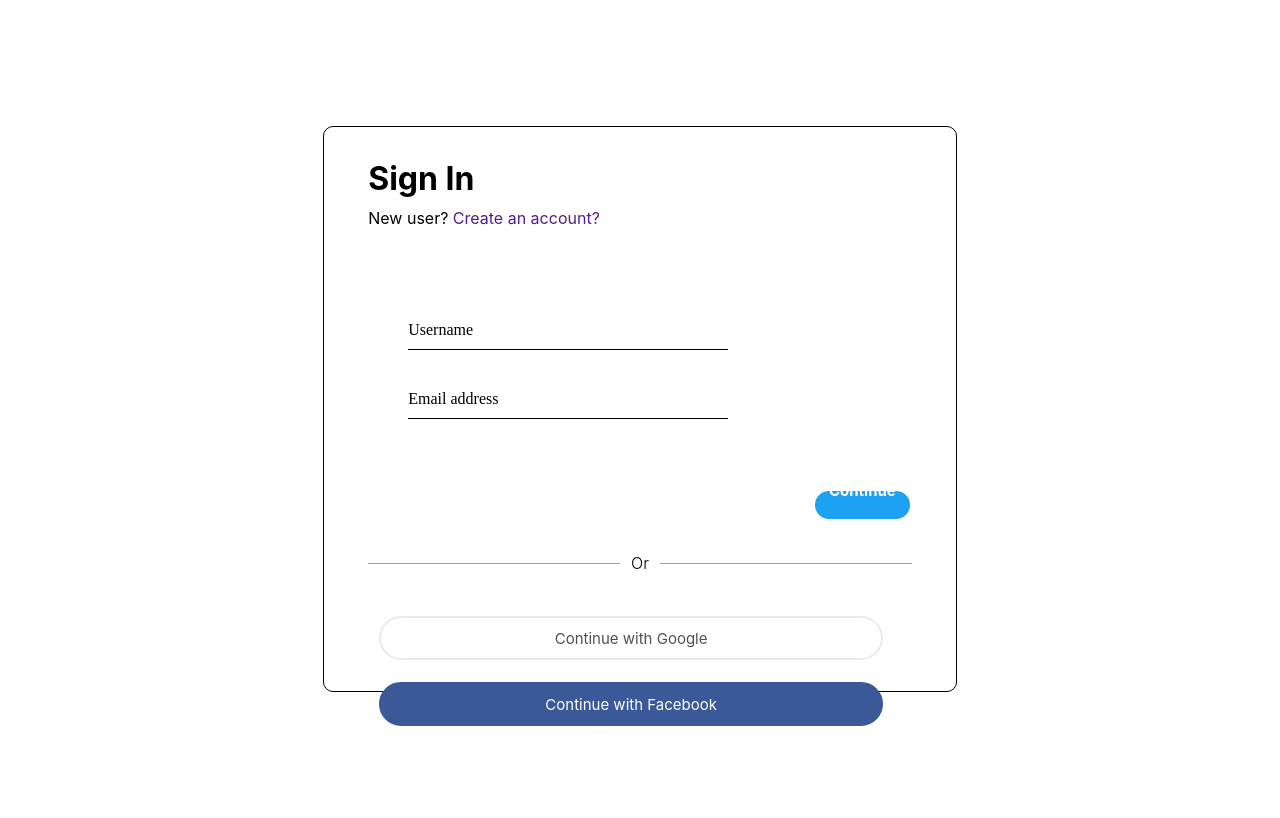
Repository: thangluu93/WereWolf
Page: Template/signIn.html
These files come from the project's save history. The page is drawn as it stood at one moment and after the next save; the edit follows.
The browser window is 1280 px wide. The pictures show the whole page.

Above is the page before, as saved 2020-01-13 16:09:55.

After the next save:
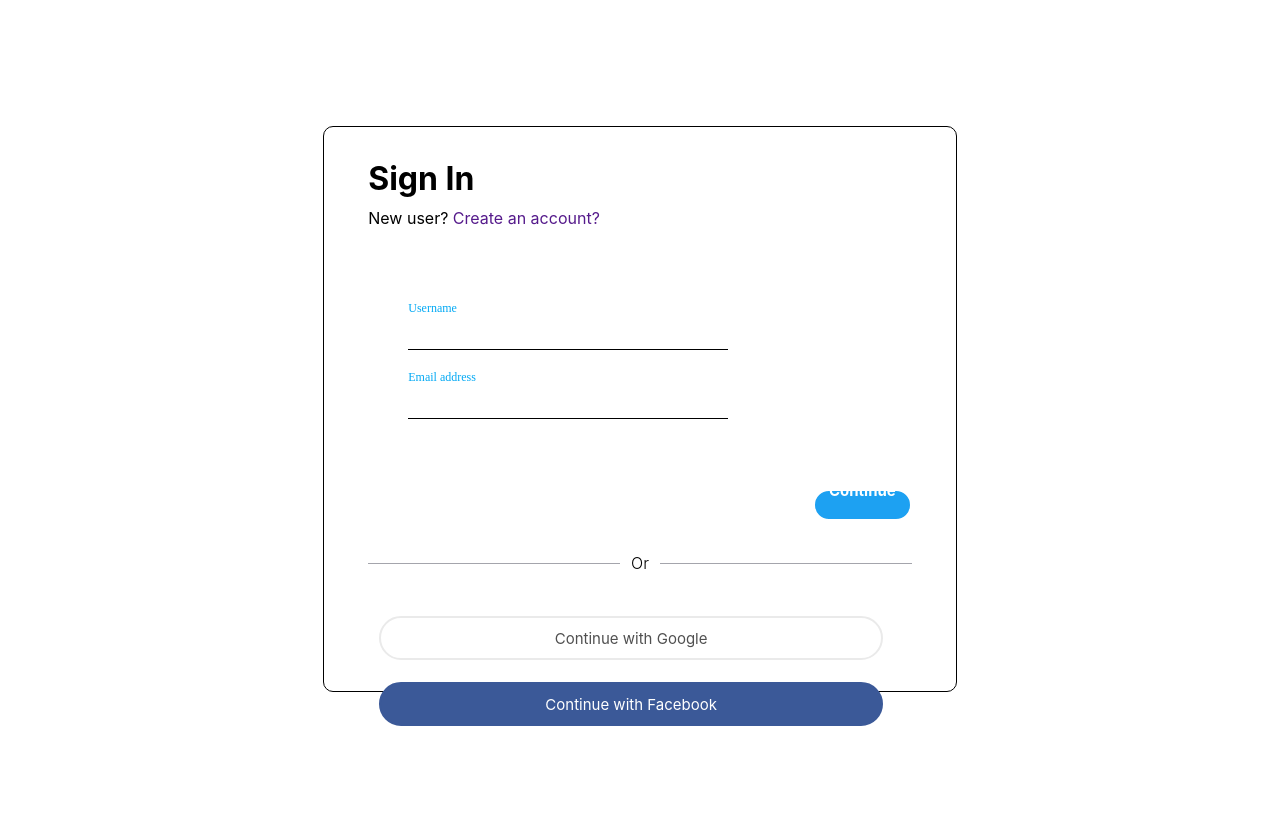
Saved 43 s later.
--- a/Stylesheet/signInStyle.css
+++ b/Stylesheet/signInStyle.css
@@ -228,7 +228,7 @@
     transition: 1s;
 }
 
-.box .inputBox input:focus ~ label {
+.box .inputBox input:valid ~ label {
     top: -20px;
     left: 0;
     color: #03a9f4;

After the save that followed:
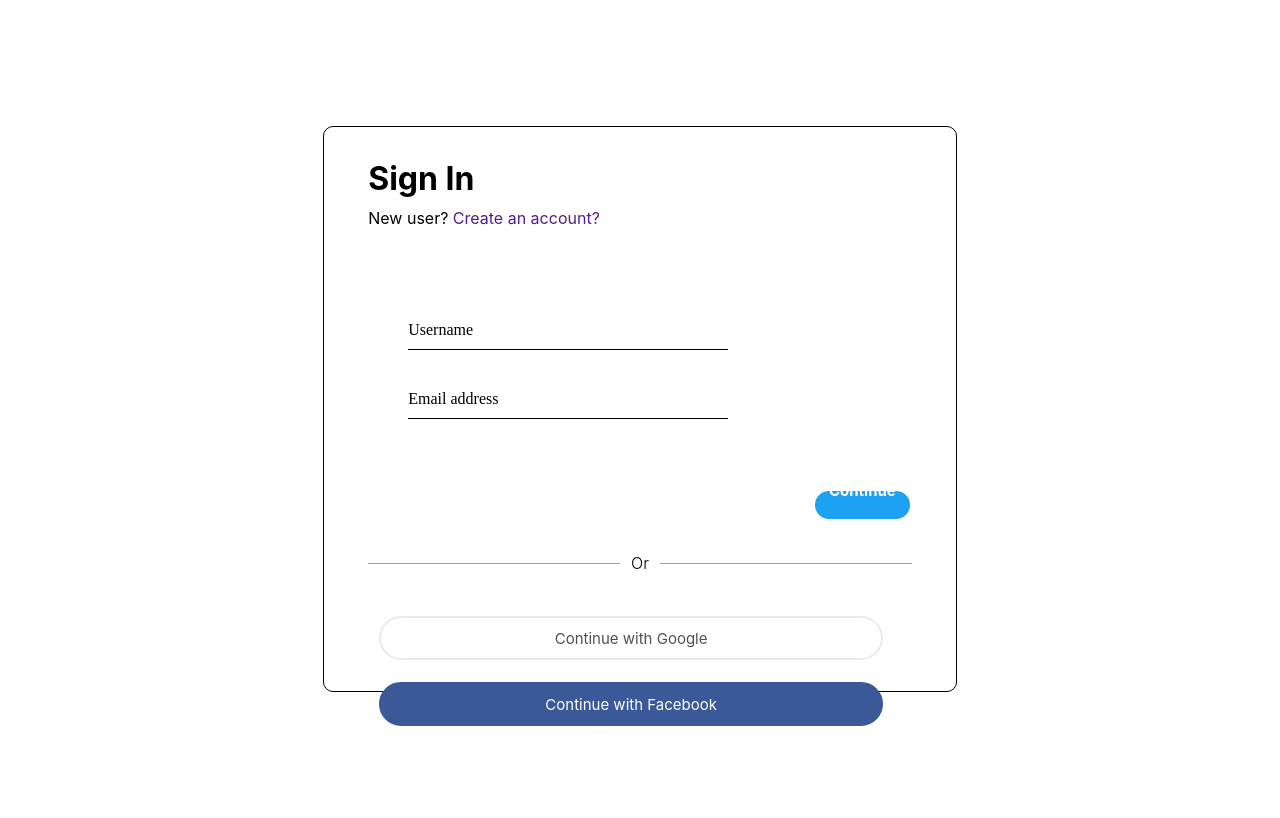
Saved 32 s later.
--- a/Stylesheet/signInStyle.css
+++ b/Stylesheet/signInStyle.css
@@ -228,7 +228,7 @@
     transition: 1s;
 }
 
-.box .inputBox input:valid ~ label {
+.box .inputBox input:focus ~ label {
     top: -20px;
     left: 0;
     color: #03a9f4;
